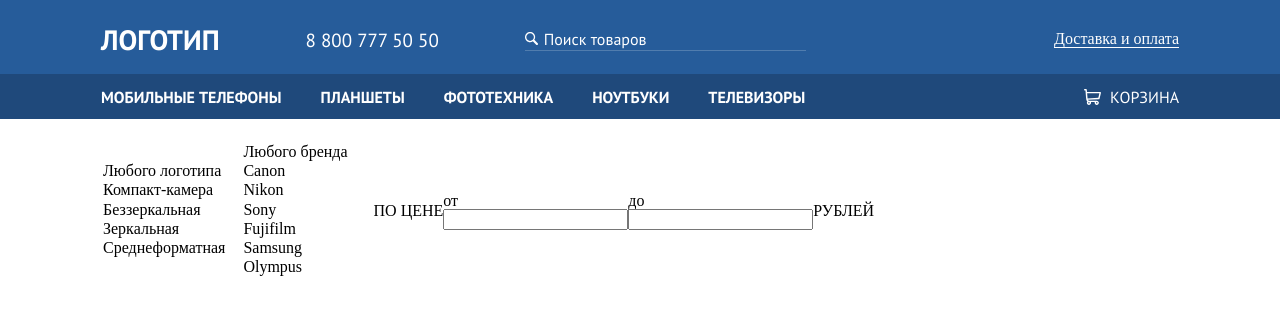
Repository: sem1103/WEBCompany
Page: index.html
The author's editor kept a copy of each file at every save. The page is drawn from the files as they stood at one save, then again after the next save.
The browser window is 1280 px wide. The pictures show the whole page.

Above is the page before, as saved 2024-01-11 19:45:31.

After the next save:
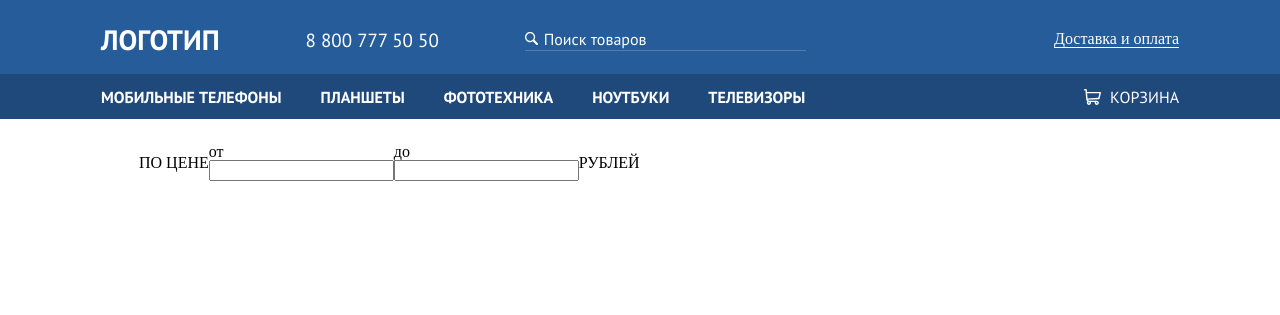
Console error: SyntaxError: Unexpected identifier 'logoFilter'
Saved 5 min 26 s later.
--- a/index.html
+++ b/index.html
@@ -61,22 +61,10 @@
         <main>
             <div class="filter-title container">
                 <div  id="logo__filter">
-                    <option value="Любого логотипа">Любого логотипа</option>
-                    <option value="Компакт-камера">Компакт-камера</option>
-                    <option value="Беззеркальная">Беззеркальная</option>
-                    <option value="Зеркальная">Зеркальная</option>
-                    <option value="Среднеформатная">Среднеформатная</option>
+
                 </div>
 
                 <div  id="brand__filter">
-                    <option value="Любого бренда">Любого бренда</option>
-                    <option value="Canon">Canon</option>
-                    <option value="Nikon">Nikon</option>
-                    <option value="Sony">Sony</option>
-                    <option value="Fujifilm">Fujifilm</option>
-                    <option value="Samsung">Samsung</option>
-                    <option value="Olympus">Olympus</option>
-
                 </div>
 
                 <div class="price__filter">
@@ -101,14 +89,14 @@
 
     <script>
         window.addEventListener('DOMContentLoaded', ()=>{
-            const logoFilter = [
+            const logoList = [
                 'Любого бренда',
                 'Компакт-камера',
                 'Беззеркальная',
                 'Зеркальная',
                 'Среднеформатная'
             ]
-            const brandFilter = [
+            const brandList = [
                 'Любого бренда',
                 'Canon',
                 'Nikon',
@@ -117,6 +105,9 @@
                 'Samsung',
                 'Olympus'
             ]
+
+            cont logoFilter = document.getElementById('logo__filter');
+            cont brandFilter = document.getElementById('brand__filter');
         })
     </script>
 </body>
